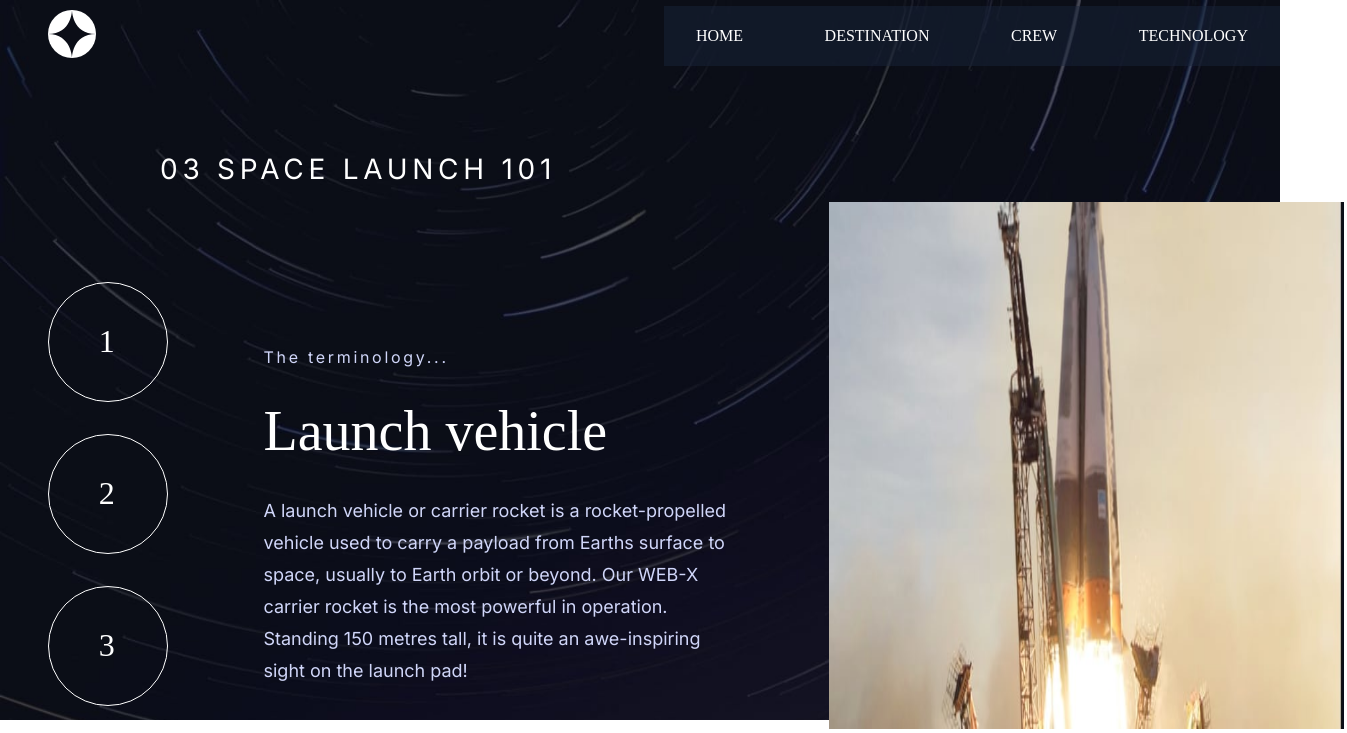
Repository: nilesjamex/space
Page: /Technology
The author's editor kept a copy of each file at every save. The page is drawn from the files as they stood at one save, then again after the next save.
The browser window is 1280 px wide. The page is 1344 px wide, then 1347 px, so the pictures cover 1347 px, including what lies to the right of the window. The pictures show the whole page.
Some web fonts or font styles are not loaded; a fallback is used. The project was rebuilt for these pictures with package versions that can differ from the ones it lists, and the page was loaded fresh each time. The framework's server and built-in components were replaced by stand-ins that run in the browser. Also part of the build but not shown: next.config.js.

Above is the page before, as saved 2022-01-09 00:32:31.

### pages/_document.js
import Document, { Html, Head, Main, NextScript } from 'next/document'

class MyDocument extends Document {
  render() {
    return (
      <Html>
        <Head>
          <link rel="preconnect" href="https://fonts.googleapis.com" />
<link rel="preconnect" href="https://fonts.gstatic.com" crossOrigin />
<link href="https://fonts.googleapis.com/css2?family=Bellefair&display=swap" rel="stylesheet" />
        <link rel="preconnect" href="https://fonts.googleapis.com" />
<link rel="preconnect" href="https://fonts.gstatic.com" crossOrigin />
<link href="https://fonts.googleapis.com/css2?family=Barlow+Condensed:ital,wght@0,100;0,300;0,400;1,100&family=Inter&display=swap" rel="stylesheet" />
        </Head>
        <body>
          <Main />
          <NextScript />
        </body>
      </Html>
    )
  }
}

export default MyDocument

### pages/Technology.js
import React from 'react'
import Home from '../Components/Technology/Home/home';



const Technology = () => {
    return (
        <div>
            <Home />
        </div>
    )
}

export default Technology

### styles/globals.css
a {
  color: inherit;
  text-decoration: none;
}

*{
  margin: 0;
  padding: 0;
  box-sizing: border-box;


}
body {
  height: 100vh;
  width: 100vw;
}

li {
  list-style: none;
  cursor: pointer;
}

@media screen and (max-width: 500px) {
  *{
    margin: 0;
    padding: 0;
    box-sizing: border-box;
    overflow-y: none;
  }
}

### Components/Technology/Home/home.js
import React from 'react';
import styles from './home.module.css'
import Nav from './../../../Layout/Nav';
import { Image } from 'next/image';
import Tech from './../Tech1/Tech';

export const Home = () => {
    return (
        <div className={styles.home}>
        <div>
         <Nav/>
        </div>
        <div>
        <div>
           <h3 className={styles.hometext}> 03 Space launch 101</h3>
        </div>
        </div>
        <div>
        <Tech />
        </div>
        </div>
    )
}
export default Home

### Components/Technology/Home/home.module.css
.home {
    background: url("../../../public/assets/technology/background-technology-desktop.jpg");
    background-size: cover;
    height: 100vh;
}
.hometext {
    font-family: 'Barlow Condensed', sans-serif;
    font-family: 'Inter', sans-serif;
    font-style: normal;
    font-weight: normal;
    font-size: 28px;
    line-height: 34px;letter-spacing: 4.725px;
    text-transform: uppercase;
    color: #FFFFFF;
    margin: 5rem 0 1rem 10rem;
}

@media screen and (max-width: 1024px) {
    .home {
        background: url("../../../public/assets/technology/background-technology-tablet.jpg");
        background-size: cover;
        height: 100vh;
    }
    .hometext {
        font-size: 1.3rem;
        line-height: 24px;
        /*  identical to box height */
        letter-spacing: 3.375px;
        margin: 1rem 0 1rem 5rem;
    }
}

### Layout/Nav.js
import React, {useState} from 'react';
import styles from './nav.module.css';
import Link from 'next/link';

const Nav = ({children}) => {
  const [active, setActive] = useState(false);

  const onClick = (e) => {
    setActive(!active);
  };
    return (
       <div className={styles.navBody}>
        <nav className={styles.nav}>
         <div>
            <svg width="48" height="48" viewBox="0 0 48 48" fill="none" xmlns="http://www.w3.org/2000/svg">
<circle cx="24" cy="24" r="24" fill="white"/>
<path fillRule="evenodd" clipRule="evenodd" d="M24 0C24 0 24 24 0 24C23.5776 24.1714 24 48 24 48C24 48 24 24 48 24C24 24 24 0 24 0Z" fill="#0B0D17" />
</svg>
  </div>

<ul className={`${styles.ul} ${active ? styles.activenav : ""}` } >
<li className={styles.li}><Link href="/"> HOME </Link></li>
<li className={styles.li}><Link href="/Destinations">DESTINATION </Link></li>
<li className={styles.li}><Link href="/Crew">CREW</Link></li>
<li className={styles.li}><Link href="/Technology">TECHNOLOGY</Link></li>
</ul>
<div className={`${styles.toggle} ${active ? styles.toggleanime : ""}`}
          onClick={onClick}
        >
          <div className={`${styles.toggleline} ${styles.line1}`}></div>
          <div className={`${styles.toggleline} ${styles.line2}`}></div>
          <div className={`${styles.toggleline} ${styles.line3}`}></div>
        </div>
        </nav>
      <div className={styles.mainBody}> {children} </div>
</div>
    )
}

export default Nav

### Components/Technology/Tech1/Tech.js
import React, {useState} from 'react'
import Image from 'next/image';
import styles from './Tech.module.css';
import Vehicle from '../../../public/assets//technology/image-launch-vehicle-landscape.jpg';
import Vehicle2 from '../../../public/assets//technology/image-launch-vehicle-portrait.jpg';
import Spaceport from '../../../public/assets//technology/image-spaceport-landscape.jpg';
import Capsule from '../../../public/assets//technology/image-space-capsule-landscape.jpg';
const Tech = () => {
    const [steps, setSteps] = useState(1);

    const next = (e) => {
        e.preventDefault();
        setSteps(steps + 1);
    }
    const prev = (e) => {
        e.preventDefault();
        setSteps(steps - 1);
    };

    switch (steps) {
        case 1:
            return (
        <div className={styles.techhome}>
           <div className={styles.TechNumbers}>
           <ul className={styles.numbers}>
           <li className={styles.number}>1</li>
           <li onClick={next} className={styles.number}>2</li>
           <li  onClick={(e) => {
      setSteps(steps+2)}} className={styles.number}>3</li>
           </ul>
           </div>
           <div className={styles.techtext}>
           <p className={styles.techtexthead}>The terminology...</p>
  <h2 className={styles.techtextsub}>Launch vehicle</h2>

  <p className={styles.techtextbody}>A launch vehicle or carrier rocket is a rocket-propelled vehicle used to carry a
  payload from Earths surface to space, usually to Earth orbit or beyond. Our
  WEB-X carrier rocket is the most powerful in operation. Standing 150 metres tall,
  it is quite an awe-inspiring sight on the launch pad!</p>
  </div>
  <div className={styles.imagediv}>
  <Image className={styles.images} src={Vehicle} height="527" width="515" alt="uu" />

  </div>
        </div>
    );

    case 2: return (
        <div className={styles.techhome}>
           <div>
           <ul className={styles.numbers}>
           <li onClick={prev} className={styles.number}>1</li>
           <li className={styles.number}>2</li>
           <li onClick={next} className={styles.number}>3</li>
           </ul>
           </div>
           <div className={styles.techtext}>
           <p className={styles.techtexthead}>The terminology...</p>
  <h2 className={styles.techtextsub}>Spaceport</h2>

  <p className={styles.techtextbody}> A spaceport or cosmodrome is a site for launching (or receiving) spacecraft,
  by analogy to the seaport for ships or airport for aircraft. Based in the
  famous Cape Canaveral, our spaceport is ideally situated to take advantage
  of the Earth’s rotation for launch.</p>
  </div>
 <div className={styles.imagediv}><Image src={Spaceport} height="527" width="515" alt="uu" /> </div>
        </div>
    );

    case 3:
    return (


     <div className={styles.techhome}>
           <div>
           <ul className={styles.numbers}>
           <li  onClick={(e) => {
      setSteps(steps-2)}} className={styles.number}>1</li>
           <li onClick={prev} className={styles.number}>2</li>
           <li className={styles.number}>3</li>
           </ul>
           </div>
           <div className={styles.techtext}>
           <p className={styles.techtexthead}>The terminology...</p>
  <h2 className={styles.techtextsub}>Space capsule</h2>

  <p className={styles.techtextbody}> A space capsule is an often-crewed spacecraft that uses a blunt-body reentry
  capsule to reenter the Earths atmosphere without wings. Our capsule is where
  you will spend your time during the flight. It includes a space gym, cinema,
  and plenty of other activities to keep you entertained.</p>
  </div>
  <div className={styles.imagediv}><Image src={Capsule} height="527" width="515" alt="uu" /> </div>
        </div>
         )
    }

}

export default Tech

### Layout/nav.module.css
.nav {
    display: flex;
    justify-content: space-between;
    align-items: center;
    padding-left: 3rem;
    width: 100%;
    height: 10vh;
    }

.ul {
    display: flex;
    width: 50%;
    justify-content: space-between;
    align-items: center;
    color: #fff;
    background-color: rgba(24, 36, 59, 0.5);
    height: 60px;
    padding: 0 2rem;

}

.navBody {
    height: 100%;
}
.toggle {
    display: none;
  }

  @media screen and (max-width: 768px) {
    .toggle {
        display: block;
        cursor: pointer;
        order: 2;
        z-index: 10;
        margin-right: 1rem;
      }
      .toggleline {
        width: 30px;
        height: 3px;
        background-color: #fff;
        margin: 5px;
      }
      .ul {
        order: 3;
        width: 100%;
        height: 100%;
        display: inline-block;
        position: fixed;
        z-index: 4;
        right: 0;
        left: 0;
        bottom: 0;
        top: 0;
        display: flex;
        justify-content: center;
        align-items: center;
        flex-direction: column;
        overflow-x: hidden;
        background: rgba(242, 245, 250);
        transform: translateY(100vh);
        transition: all ease-out 0.2s;
        background-color: rgba(24, 36, 59);
      }
      .li {
        margin: 0 0 2rem;
        opacity: 0;
        transform: translateY(10vh);
      }
      .activenav {
        transform: translateX(0);
      }
      .li {
        margin: 0 0 2rem;
        opacity: 1;
        transform: translateX(0);
        transition: all ease-out 0.8s;
      }
      .toggleanime .line1 {
        transform: rotate(-45deg) translate(-5px, 6px);
      }

      .toggleanime .line2 {
        opacity: 0;
      }

      .toggleanime .line3 {
        transform: rotate(45deg) translate(-5px, -6px);
      }

      .ul.activenav {
        transform: translateX(0);
      }
      .li {
        margin: 0 0 2rem;
        opacity: 1;
        transform: translateX(0);
        transition: all ease-out 0.8s;
      }
  }

### Components/Technology/Tech1/Tech.module.css
.techhome {
    display: flex;
    justify-content: space-around;
}
.numbers {
    display: flex;
    flex-direction: column;
    margin-top: 4rem;
}
.number {
    width: 120px;
    height: 120px;
    margin: 1rem 0;
    border-radius: 70%;
    background-color: transparent;
    border: 1px solid #FFFFFF;
    box-sizing: border-box;
    font-family: 'Bellefair', serif;
    font-style: normal;
    font-weight: normal;
    font-size: 32px;
    line-height: 37px;
    /* identical to box height */
    text-align: center;
    align-items: center;
    letter-spacing: 2px;
    color: #FFFFFF;
    padding: 2.5rem;
}
.techtext {
    width: 470px;
    height: 303px;
    align-self: center;
    margin-top: 4rem;
}
.techtexthead {
    font-family: 'Barlow Condensed', sans-serif;
    font-family: 'Inter', sans-serif;
    font-style: normal;
    font-weight: normal;
    font-size: 16px;
    line-height: 19px;
    letter-spacing: 2.7px;
    color: #D0D6F9;
}
.techtextsub {
    font-family: 'Bellefair', serif;
    font-style: normal;
    font-weight: normal;
    font-size: 56px;
    line-height: 64px;
    color: #FFFFFF;
    margin-top: 2rem;
}
.techtextbody {
    font-family: 'Barlow Condensed', sans-serif;
    font-family: 'Inter', sans-serif;
    font-style: normal;
    font-weight: normal;
    font-size: 18px;
    line-height: 32px;
    /* or 178% */
    color: #D0D6F9;
    margin: 2rem 0;
}
.imagediv {
    margin-right: -7rem;
}

@media screen and (max-width: 1024px) {
    .techhome {
        display: flex;
        flex-direction: column;
    }
    .numbers {
        display: flex;
        flex-direction: row;
        margin-top: 0.5rem;
        justify-content: center;
    }
    .number {
        margin: 1rem;
    }
    .TechNumbers {
        order: 2;
    }
    .techtext {
        width: 458px;
        height: 237px;
        align-self: center;
        text-align: center;
        margin-top: 1rem;
        order: 3;
    }
    .techtexthead {
        font-size: 1rem;
        line-height: 19px;
    }
    .techtextsub {
        font-size: 2.5rem;
        line-height: 46px;
        margin-top: 1rem;
    }
    .techtextbody {
        font-size: 1rem;
        line-height: 28px;
        margin-top: 1rem;
    }
    .image {
        width: 100vw;
        height: 310px;
    }
    .imagediv {
        margin-top: 1rem;
        order: 1;
    }
}

Loaded but not shown: pages/_app.js (common file)

After the next save:
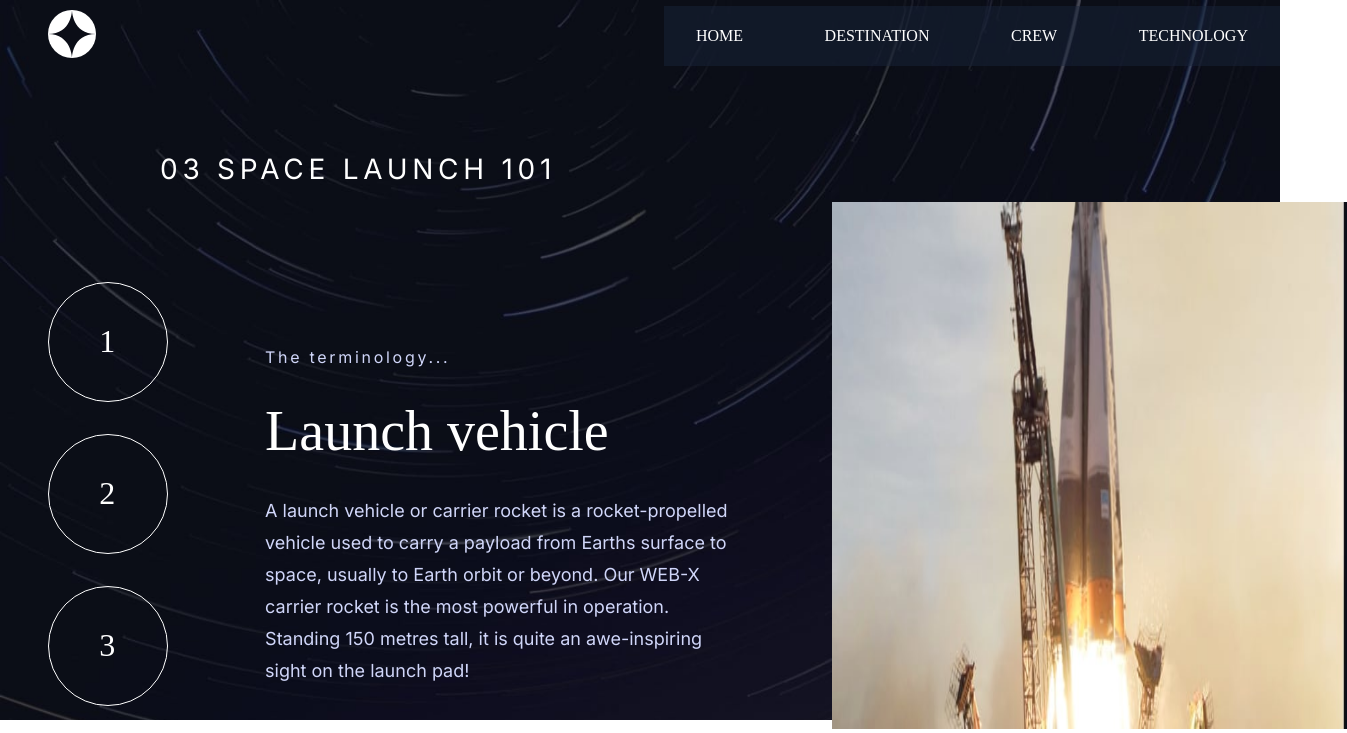
Saved 12 s later.
--- a/Components/Technology/Tech1/Tech.module.css
+++ b/Components/Technology/Tech1/Tech.module.css
@@ -64,7 +64,7 @@
     margin: 2rem 0;
 }
 .imagediv {
-    margin-right: -7rem;
+    margin-right: -7.2rem;
 }
 
 @media screen and (max-width: 1024px) {
